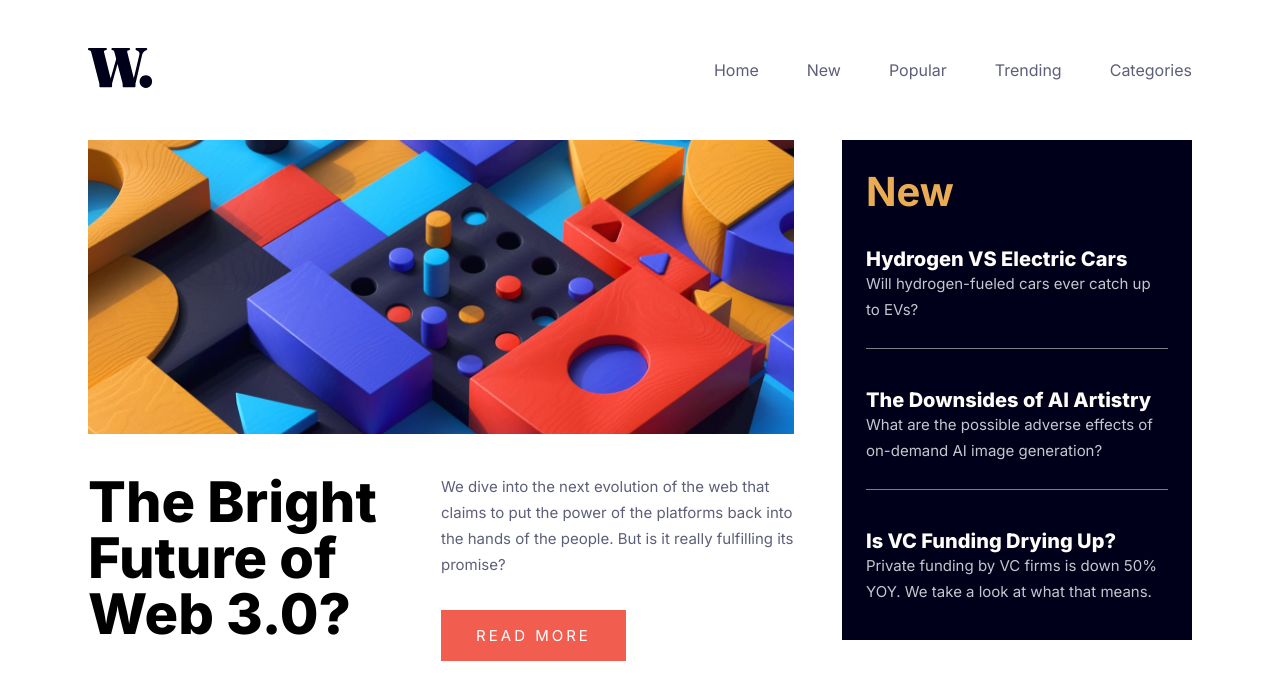
Repository: DevAntonioRogers/FrontendMentor-News-Homepage
Page: index.html
The author's editor kept a copy of each file at every save. The page is drawn from the files as they stood at one save, then again after the next save.
The browser window is 1280 px wide. The pictures show the whole page.

Above is the page before, as saved 2023-04-21 12:55:11.

After the next save:
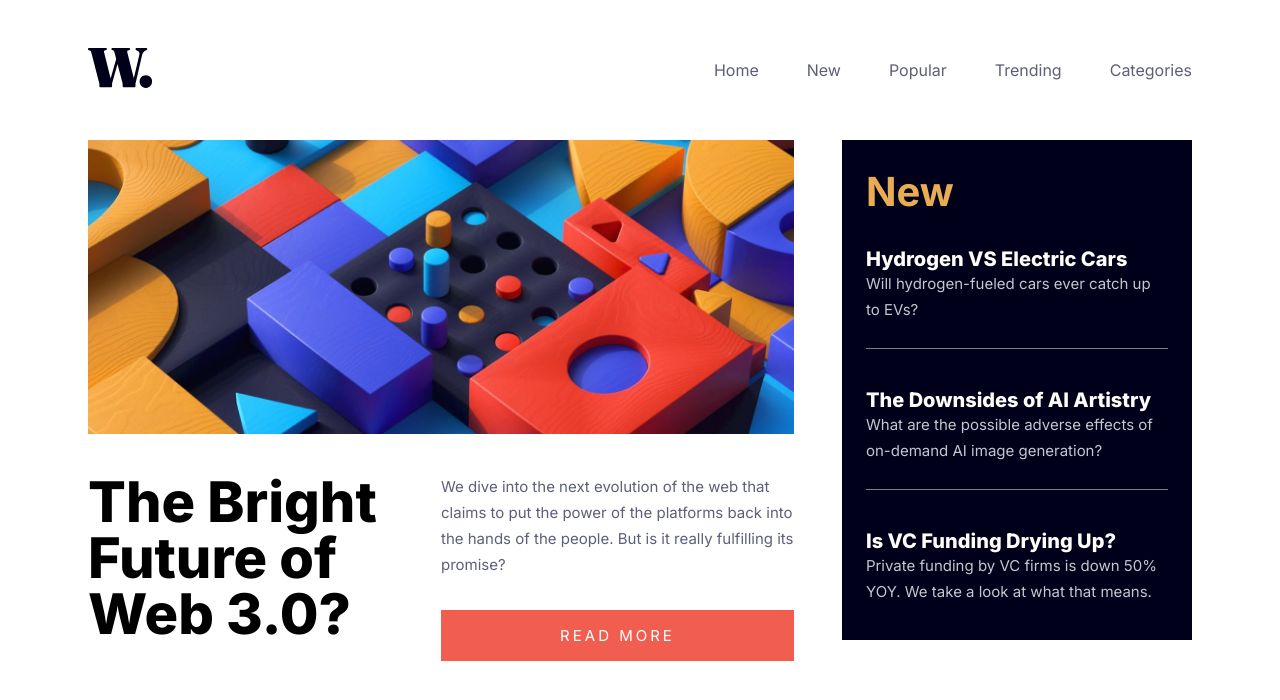
Saved 31 s later.
--- a/styles.css
+++ b/styles.css
@@ -87,7 +87,7 @@ nav{
 .hero-article button{
   color: white;
   background-color: hsl(5, 85%, 63%);
-  width: 185px;
+  /* width: 185px; */
   padding: 1rem;
   font-size: 15px;
   letter-spacing: 3px;
